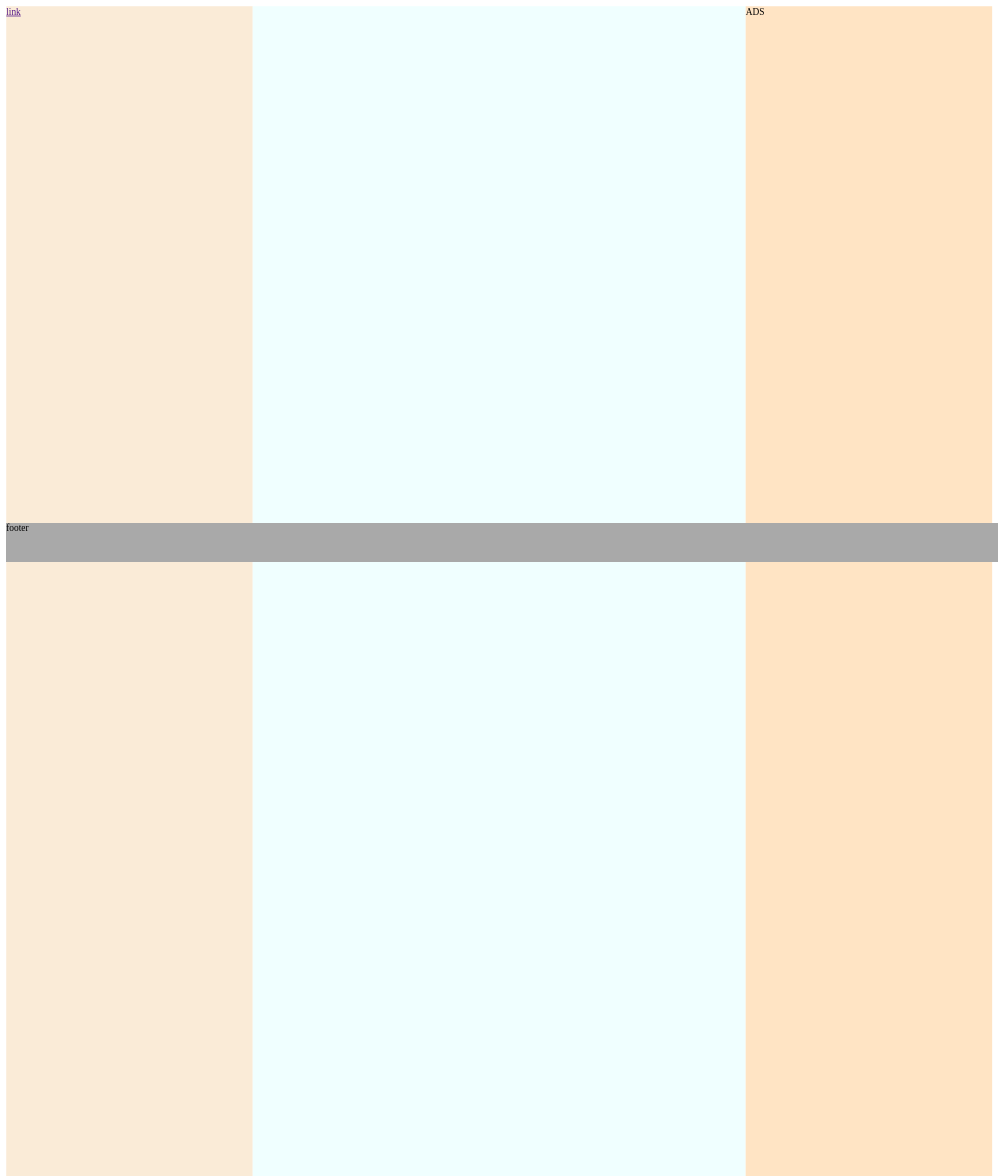
Repository: congle98/CSS_LayoutRWDCoBan
Page: index.html
An editor plug-in stored every save of this project. The page is shown before and after a run of saves, followed by the edit.
The browser window is 1280 px wide. The pictures show the whole page, at 78% of full size.

Above is the page before, as saved 2021-05-26 16:24:11.

After the next 2 saves:
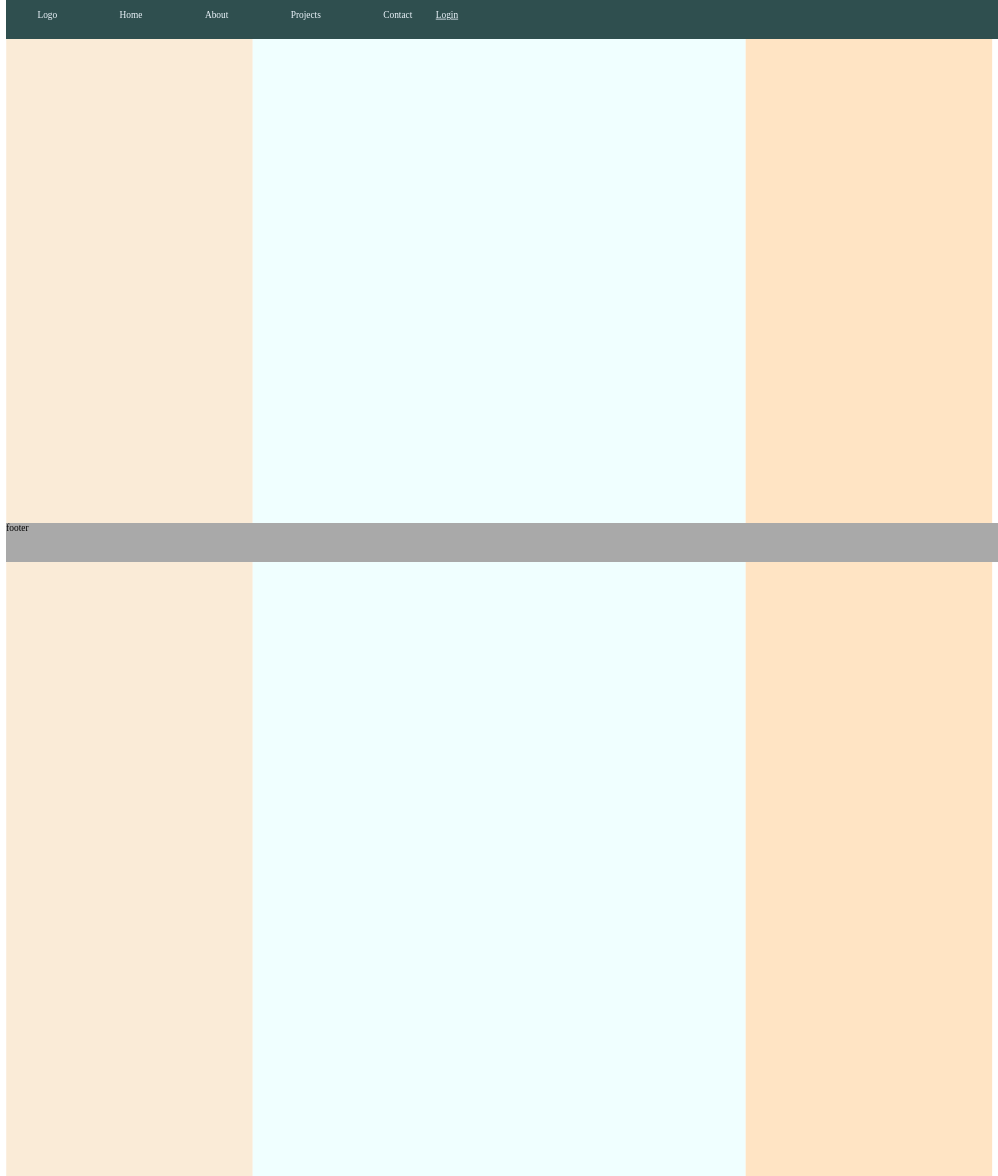
The 2 saves are shown as one change because they came seconds apart.
The last was saved 5 s later.
--- a/index.html
+++ b/index.html
@@ -79,6 +79,20 @@
         </div>
         <div class="main col-6"></div>
         <div class="right col-3">ADS</div>
+        <header class="header col-12">
+            <div class="header__nav-list col-8">
+                 <ul>
+                <li class="header__nav-item"><a href="">Logo</a></li>
+                <li class="header__nav-item"><a href="">Home</a></li>
+                <li class="header__nav-item"><a href="">About</a></li>
+                <li class="header__nav-item"><a href="">Projects</a></li>
+                <li class="header__nav-item"><a href="">Contact</a></li>
+            </ul>
+            </div>
+            <div>
+                <a class="header__nav-login col-4" href="">Login</a>
+            </div>
+        </header>
         <div class="footer col-12">footer</div>
     </div>
 </body>
